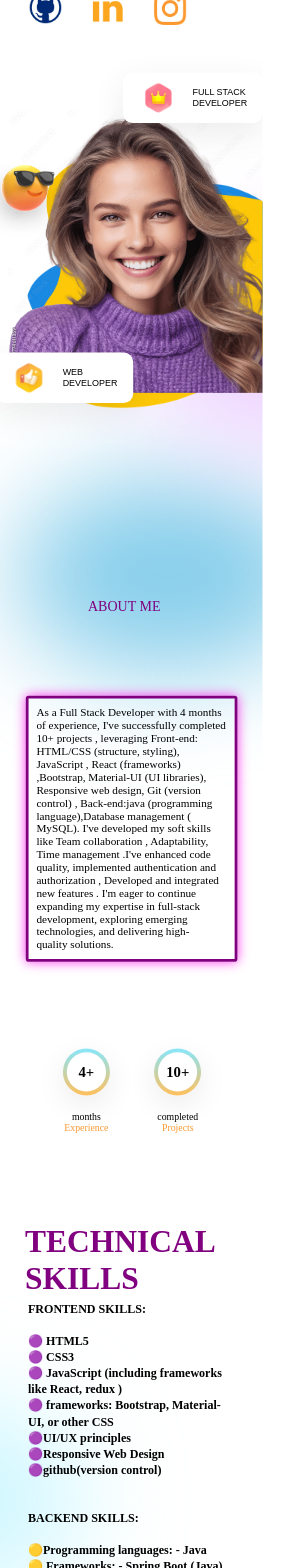
Repository: glorysandy/Protfolio
Page: /
An editor plug-in stored every save of this project. The page is shown before and after a run of saves, followed by the edit.
The browser window is 375 px wide. The page is 440 px wide, so the pictures cover 440 px, including what lies to the right of the window. The pictures show the part of the page from y = 709 to 2949 px (the page is 7463 px tall), at 70% of full size.
Some web fonts or font styles are not loaded; a fallback is used. The project was rebuilt for these pictures with package versions that can differ from the ones it lists, and the page was loaded fresh each time. Imported but missing from the stored project, and not drawn on this page: src/components/Services/SANDHIYA.P (RESUME).pdf.

Above is the page before, as saved 2024-10-17 16:13:30.

After the next 2 saves:
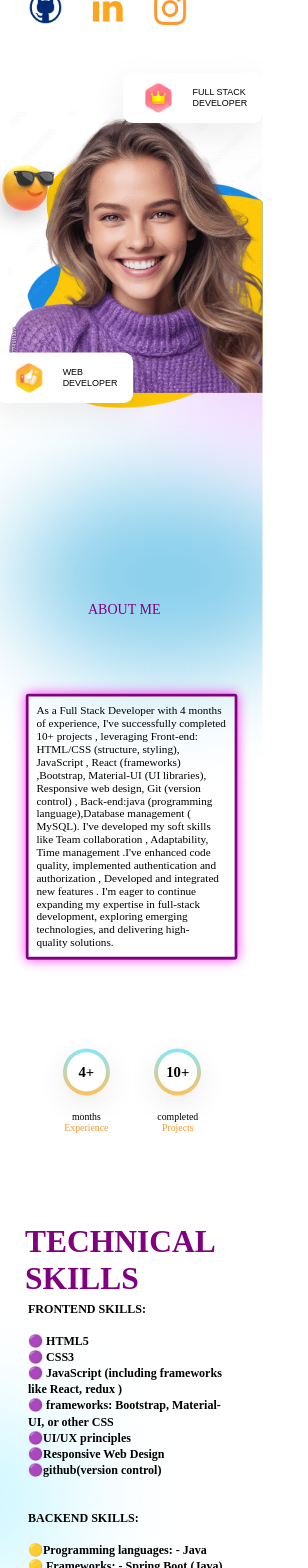
The 2 saves are shown as one change because they came seconds apart.
The last was saved 9 s later.
--- a/src/components/Testimonials/Testimonial.css
+++ b/src/components/Testimonials/Testimonial.css
@@ -92,7 +92,7 @@ border-radius: 5px;
     .dup  {
 
         display: flex;
-        margin-top: 1vh;
+        margin-top: 1px;
         transform: scale(0.8);
         border: 5px solid purple;
         color: black;
